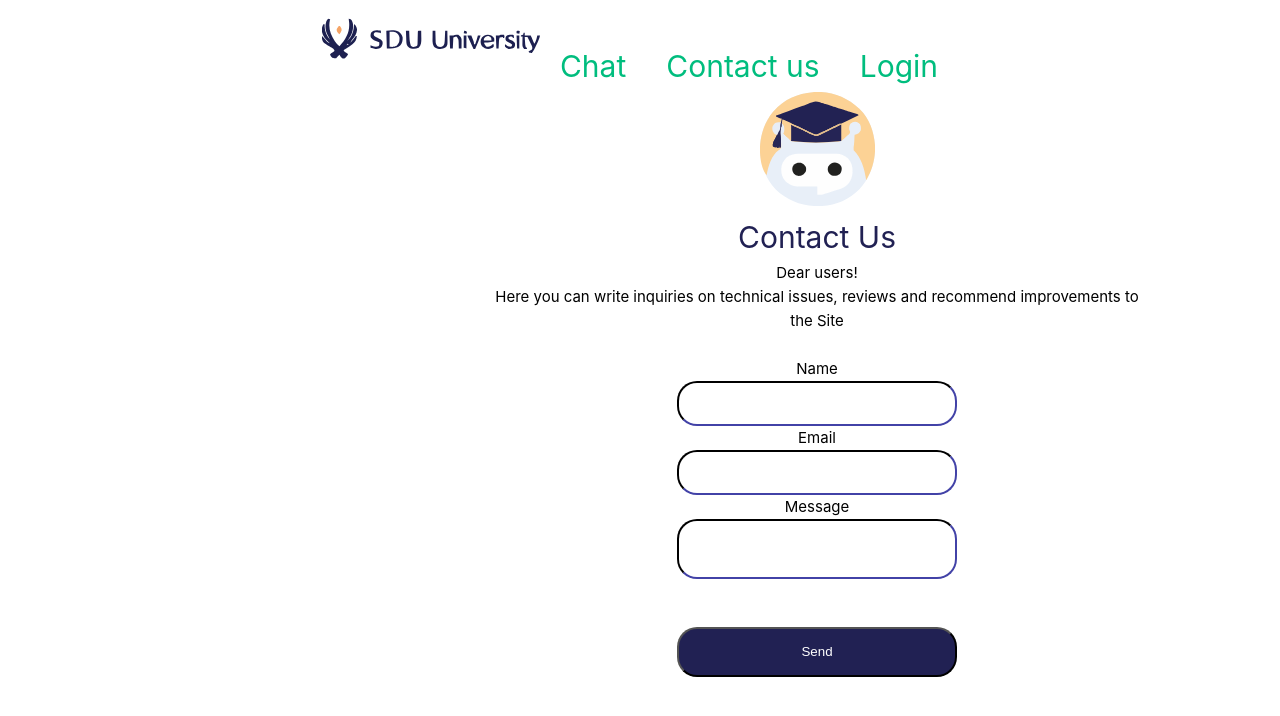
Repository: tolepbekova/Community_v.l
Page: /contact
These files come from the project's save history. The page is drawn as it stood at one moment and after the next save; the edit follows.
The browser window is 1280 px wide. The pictures show the whole page.
The project was rebuilt for these pictures with package versions that can differ from the ones it lists, and the page was loaded fresh each time. Also part of the build but not shown: vite.config.js, src/components/HelloWorld.vue, src/views/Login.vue. Imported but missing from the stored project, and not drawn on this page: src/views/Change.vue.

Above is the page before, as saved 2024-05-10 02:28:54.

### src/App.vue
<script setup>
import HelloWorld from './components/HelloWorld.vue'
import router from './router/index.js'
import './assets/base.css'
</script>

<template>
    <div id="app">
        <v-app id="header">
            <v-card color="grey lighten-4" flat height="100px" tile>
                <v-toolbar dense>

                    <a href="about.html"><img class="logo" src="../src/assets/logo/log.svg"></a>

                    <v-spacer></v-spacer>

                    <span><router-link to="/getstart">Chat</router-link></span>
                    <span><router-link to="/contact">Contact us</router-link></span>
                    <span><router-link to="/auth">Login</router-link></span>


                </v-toolbar>
            </v-card>
        </v-app>
        <router-view />
    </div>

</template>

<style>
#app {
    display: flex;

}

#header {

    display: flex;
    width: 100%;
    flex-direction: column;
    align-items: center;
    justify-content: space-between;
    position: fixed;
    margin-left: 0px;
    margin-right: 0px;
    margin-top: 0px;
}

#header img {
    width: 218px;
    height: 77px;
}

#navbar {
    display: flex;
    align-items: center;
    justify-content: center;
}

span {
    list-style: none;
    padding: 0 20px;
    text-decoration: none;
    font-size: 30px;
    color: rgba(33, 33, 83, 1);
    transition: 0.3s ease;
}

#navbar li :hover {
    color: rgb(237, 237, 167);
}
</style>

### src/router/index.js
import Vue from 'vue'
import VueRouter from 'vue-router'
import Login from '../views/Login.vue'

Vue.use(VueRouter)

const router = new VueRouter({
  mode: 'history',
  base: import.meta.env.BASE_URL,
  routes: [
    {
      path: '/login',
      name: 'login',
      component: Login
    },
    {
      path: '/getstart',
      name: 'getstart',
      // route level code-splitting
      // this generates a separate chunk (About.[hash].js) for this route
      // which is lazy-loaded when the route is visited.
      component: () => import('../views/AboutView.vue')
    },
    {
      path: '/home',
      name: 'Home',
      // route level code-splitting
      // this generates a separate chunk (About.[hash].js) for this route
      // which is lazy-loaded when the route is visited.
      component: () => import('../views/About.vue')
    },
    {
      path: '/sign',
      name: 'signin',
      component: () => import('../views/Signin.vue')
    },
    {
      path: '/contact',
      name: 'contact',
      component: () => import('../views/Contact.vue')
    },
    {
      path: '/auth',
      name: 'auth',
      component: () => import('../views/Auth.vue')
    },
    {
      path: '/change',
      name: 'change',
      component: () => import('../views/Change.vue')
    },
    {
      path: '/auth',
      name: 'auth',
      component: () => import('../views/Auth.vue')
    },

  ]
})

export default router

### src/assets/main.css
@import "./base.css";

#app {

  font-weight: normal;
}

a,
.green {
  text-decoration: none;
  color: hsla(160, 100%, 37%, 1);
  transition: 0.4s;
}

@media (hover: hover) {
  a:hover {
    background-color: hsla(160, 100%, 37%, 0.2);
  }
}

@media (min-width: 1024px) {
  body {
    display: flex;
    place-items: center;
  }

  #app {
    display: grid;
    grid-template-columns: 1fr 1fr;
    padding: 0 2rem;
  }
}

### src/assets/base.css
/* color palette from <https://github.com/vuejs/theme> */
:root {
  --vt-c-white: #ffffff;
  --vt-c-white-soft: #f8f8f8;
  --vt-c-white-mute: #f2f2f2;

  --vt-c-black: #181818;
  --vt-c-black-soft: #222222;
  --vt-c-black-mute: #282828;

  --vt-c-indigo: #2c3e50;

  --vt-c-divider-light-1: rgba(60, 60, 60, 0.29);
  --vt-c-divider-light-2: rgba(60, 60, 60, 0.12);
  --vt-c-divider-dadarkrk-1: rgba(84, 84, 84, 0.65);
  --vt-c-divider-dark-2: rgba(84, 84, 84, 0.48);

  --vt-c-text-light-1: var(--vt-c-indigo);
  --vt-c-text-light-2: rgba(60, 60, 60, 0.66);
  --vt-c-text-dark-1: var(--vt-c-white);
  --vt-c-text-dark-2: rgba(235, 235, 235, 0.64);
}

/* semantic color variables for this project */
:root {
  --color-background: var(--vt-c-white);
  --color-background-soft: var(--vt-c-white-soft);
  --color-background-mute: var(--vt-c-white-mute);

  --color-border: var(--vt-c-divider-light-2);
  --color-border-hover: var(--vt-c-divider-light-1);

  --color-heading: var(--vt-c-text-light-1);
  --color-text: var(--vt-c-text-light-1);

  --section-gap: 160px;
}

@media (prefers-color-scheme: dark) {
  :root {
    --color-background: var(--vt-c-black);
    --color-background-soft: var(--vt-c-black-soft);
    --color-background-mute: var(--vt-c-black-mute);

    --color-border: var(--vt-c-divider-dark-2);
    --color-border-hover: var(--vt-c-divider-dark-1);

    --color-heading: var(--vt-c-text-dark-1);
    --color-text: var(--vt-c-text-dark-2);
  }
}

*,
*::before,
*::after {
  box-sizing: border-box;
  margin: 0;
  position: relative;
  font-weight: normal;
}
html{
  padding: 0;
  margin: 0;
}
body {
  min-height: 10vh;
  padding: 0;
  margin: 0;
  transition: color 0.5s, background-color 0.5s;
  line-height: 1.6;
  font-family: Inter, -apple-system, BlinkMacSystemFont, 'Segoe UI', Roboto, Oxygen, Ubuntu,
    Cantarell, 'Fira Sans', 'Droid Sans', 'Helvetica Neue', sans-serif;
  font-size: 15px;
  text-rendering: optimizeLegibility;
  -webkit-font-smoothing: antialiased;
  -moz-osx-font-smoothing: grayscale;
}

### src/views/Contact.vue
<template>
    <div>
        <br><br><br>
        <div class="abrow">
            <div class="abcolu">
                <img src="../assets/logo/finalicon13_1.svg" alt="">
            </div>
            <div class="abcolu">
                <h1>Contact Us</h1>
                <div class="abp">
                    <p>Dear users!</p>
                    <p>Here you can write inquiries on technical issues, reviews and recommend improvements to the Site
                    </p>
                    <br>
                </div>
                <div class="inputs">
                    <form id="contactForm">
                        <label for="name">Name</label>
                        <br>
                        <input type="text" name="name" id="name" placeholder="">
                        <br>
                        <label for="mail">Email</label>
                        <br>
                        <input type="email" name="mail" id="mail" placeholder="">
                        <br>
                        <label for="message">Message</label>
                        <br>
                        <input type="text" name="message" id="message">
                        <br><br><br>
                        <button class="btn" @click="sendMessage">Send</button>
                    </form>
                </div>
            </div>
        </div>
    </div>
</template>

<script>
export default {
    name: 'HeaderSection' // You can name it as per your requirement
}
</script>

<style scoped>
h1 {
    color: rgba(33, 33, 83, 1);
}

#header {
    display: flex;
    align-items: center;
    justify-content: space-around;
    padding: 20px 80px;

}

#header img {
    width: 218px;
    height: 77px;
}

#navbar {
    display: flex;
    align-items: center;
    justify-content: center;
}

#navbar li {
    list-style: none;
    padding: 0 20px;
}

#navbar li a {
    text-decoration: none;
    font-size: 30px;
    color: rgba(33, 33, 83, 1);
    transition: 0.3s ease;
}

#navnar li a:hover {
    color: rgb(237, 237, 167);
}

.abrow {
    margin: 20px auto;
    display: block;
    text-align: center;
    margin-left: 450px;
}

.abcolu {
    margin: 0 auto;
    display: block;
    text-align: center;
}

img {
    width: 115px;
}

.abp {
    margin: 0 auto;
    display: block;
    width: 670px;
}

.icon {
    width: 24px;
    height: 24px;
}

.btn {
    background-color: rgba(33, 33, 83, 1);
    border-radius: 20px;
    width: 280px;
    height: 50px;
    color: #ffffff;
}

input {
    border-radius: 20px;
    width: 280px;
    height: 45px;
    border-color: rgba(33, 33, 83, 1);
}

a {
    color: gold;
}

.lbtn1 {
    margin: 0 auto;
    display: block;
    width: 266px;
    height: 48px;
    border-radius: 30px;
    color: rgba(33, 33, 83, 1);
    background-color: rgba(253, 211, 149, 1);
    border: none;
    font-size: 15px;
    font-family: Cambria, Cochin, Georgia, Times, 'Times New Roman', serif;
    font-weight: bold;

}

.lbtn2 {
    margin: 0 auto;
    display: block;
    width: 266px;
    height: 48px;
    border-radius: 30px;
    color: rgba(33, 33, 83, 1);
    background-color: rgba(253, 211, 149, 1);
    border: none;
    font-size: 15px;
    font-family: Cambria, Cochin, Georgia, Times, 'Times New Roman', serif;
    font-weight: bold;

}
#message {
    height: 60px;
}
</style>

Loaded but not shown: index.html (common file); src/main.js (common file)

After the next save:
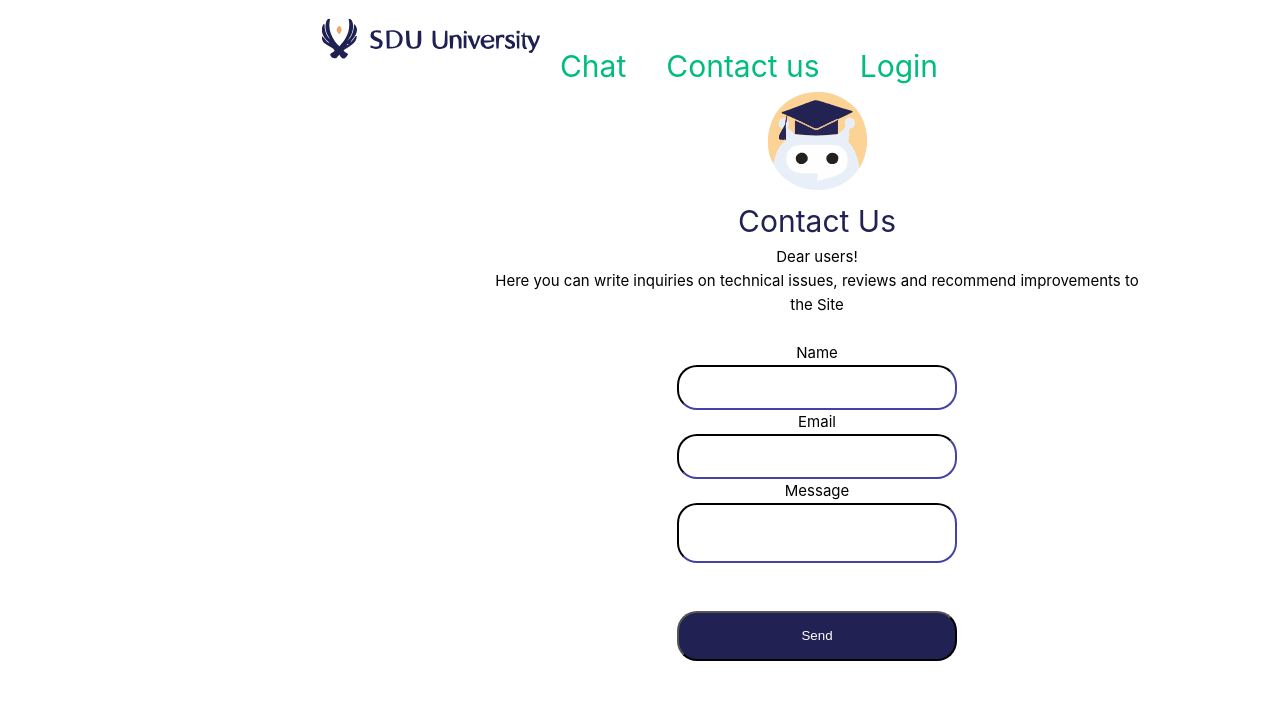
Saved 7 min 37 s later.
--- a/src/views/Contact.vue
+++ b/src/views/Contact.vue
@@ -95,7 +95,8 @@ h1 {
 }
 
 img {
-    width: 115px;
+    max-width: 99px;
+    max-height: 99px;
 }
 
 .abp {
